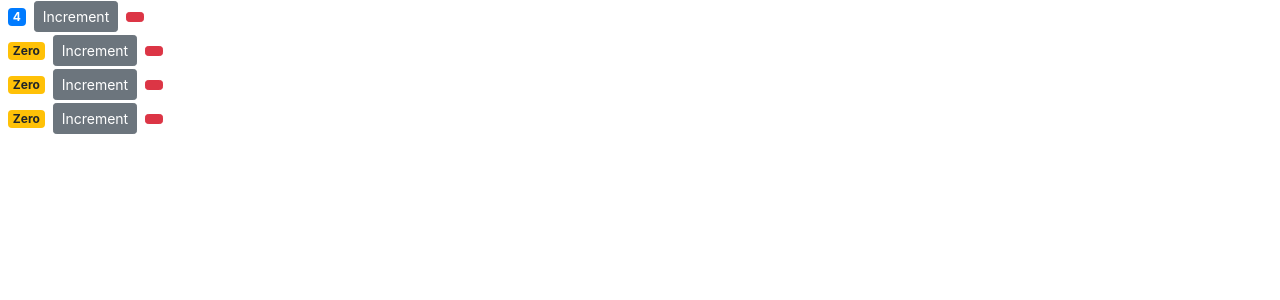
Repository: smk87/First-React-App
Page: /
The author's editor kept a copy of each file at every save. The page is drawn from the files as they stood at one save, then again after the next save.
The browser window is 1280 px wide. The pictures show the whole page.
The project was rebuilt for these pictures with package versions that can differ from the ones it lists, and the page was loaded fresh each time. Also part of the build but not shown: src/App.css, src/App.js.

Above is the page before, as saved 2019-01-05 18:00:29.

After the next save:
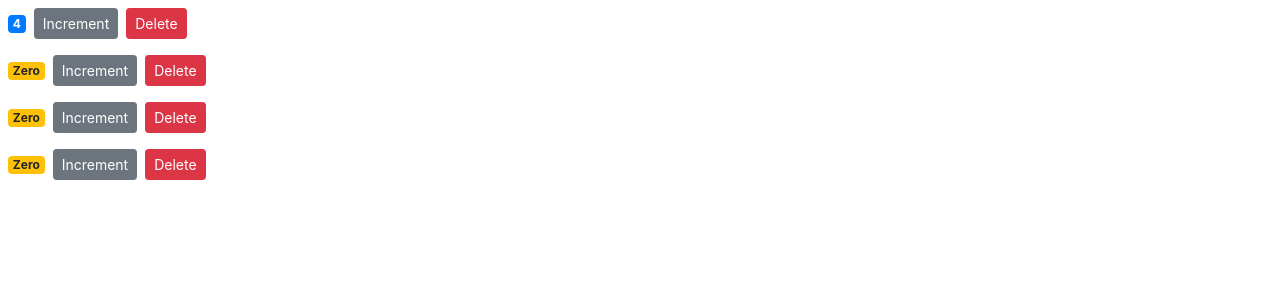
Saved 19 s later.
--- a/src/components/counter.jsx
+++ b/src/components/counter.jsx
@@ -36,7 +36,7 @@ class Counter extends Component {
         >
           Increment
         </button>
-        <button className="btn btn-danger btn-sm m-2" />
+        <button className="btn btn-danger btn-sm m-2">Delete</button>
       </div>
     );
   }
